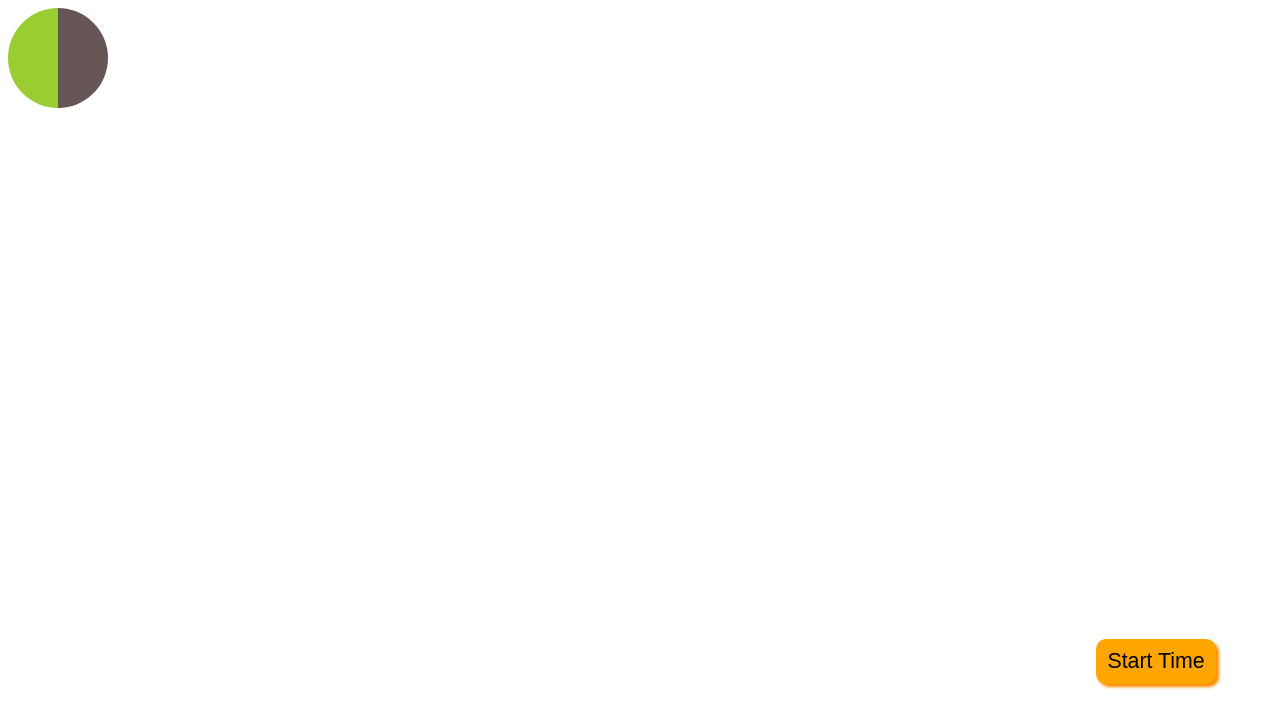
Repository: sylviaah/dynamicmidterm
Page: timer.html
The author's editor kept a copy of each file at every save. The page is drawn from the files as they stood at one save, then again after the next save.
The browser window is 1280 px wide. The pictures show the whole page.
After loading, the first visible `div.startTime` was clicked once.

Above is the page before, as saved 2020-03-13 10:12:39.

After the next save:
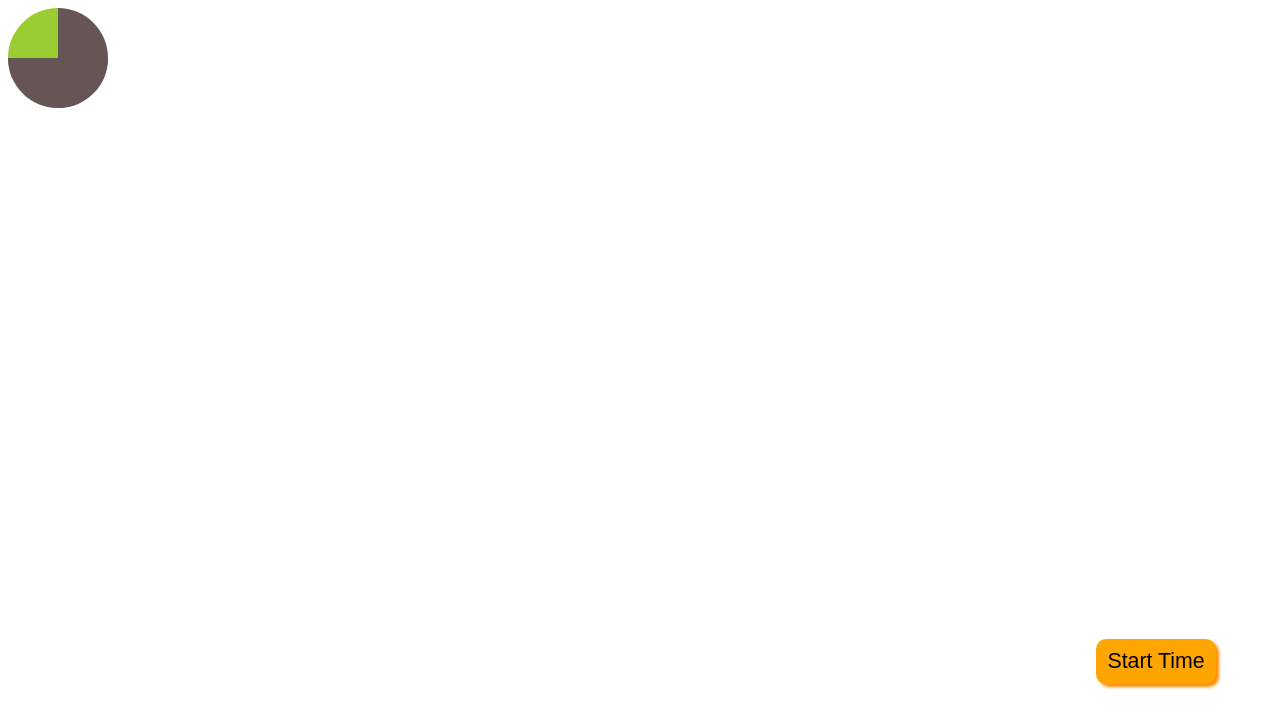
Saved 11 s later.
--- a/timer.js
+++ b/timer.js
@@ -1,3 +1,3 @@
     function start(){
-        document.querySelector(".innerTimer").style.content = '';
+        document.querySelector(".innerTimer").style.display = 'block';
     }
